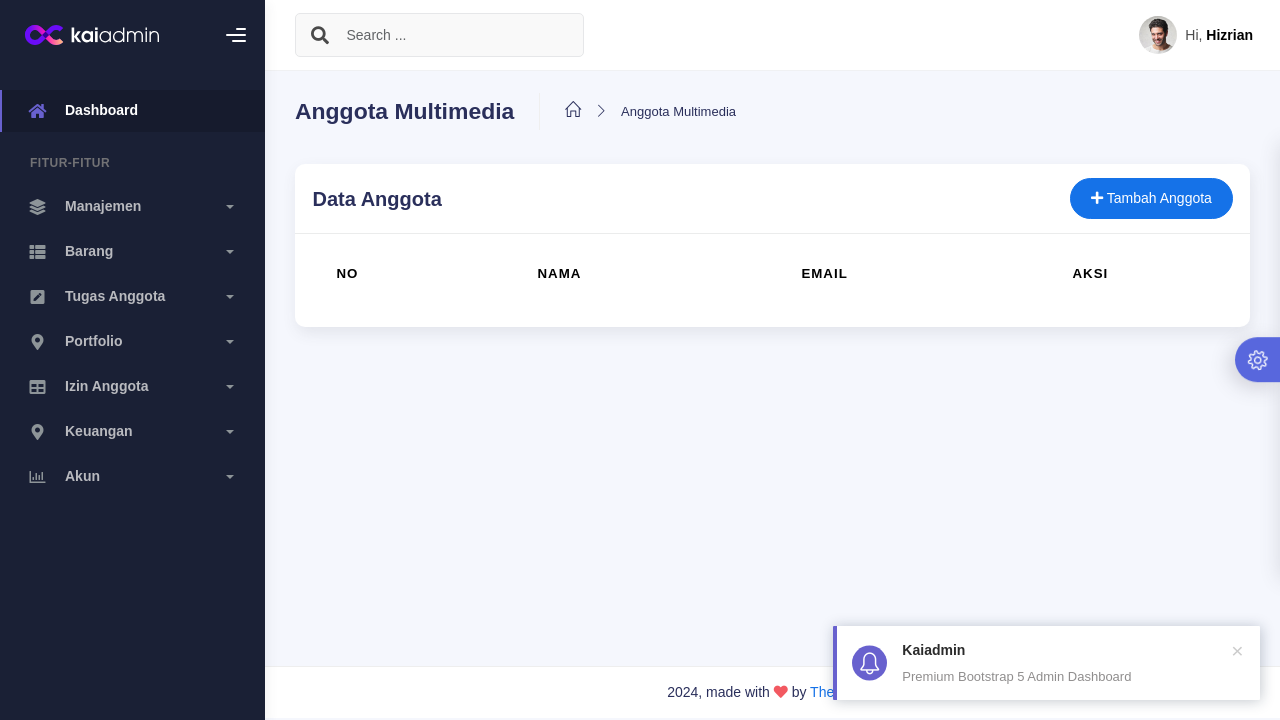
Repository: fatkquladhim/multimedia_laravel
Page: http://localhost/anggota
An editor plug-in stored every save of this project. The page is shown before and after the next save, followed by the edit.
The browser window is 1280 px wide. The pictures show the whole page.
Some web fonts or font styles are not loaded; a fallback is used. The page is served by the project's Laravel application, run on PHP 8.4 with Laravel 12. A made-up administrator, Test User (test@example.com), is signed in. Queries for data that is not in the repository find no rows.

Above is the page before, as saved 2025-08-17 08:40:54.
Console error: ReferenceError: jsVectorMap is not defined

After the next save:
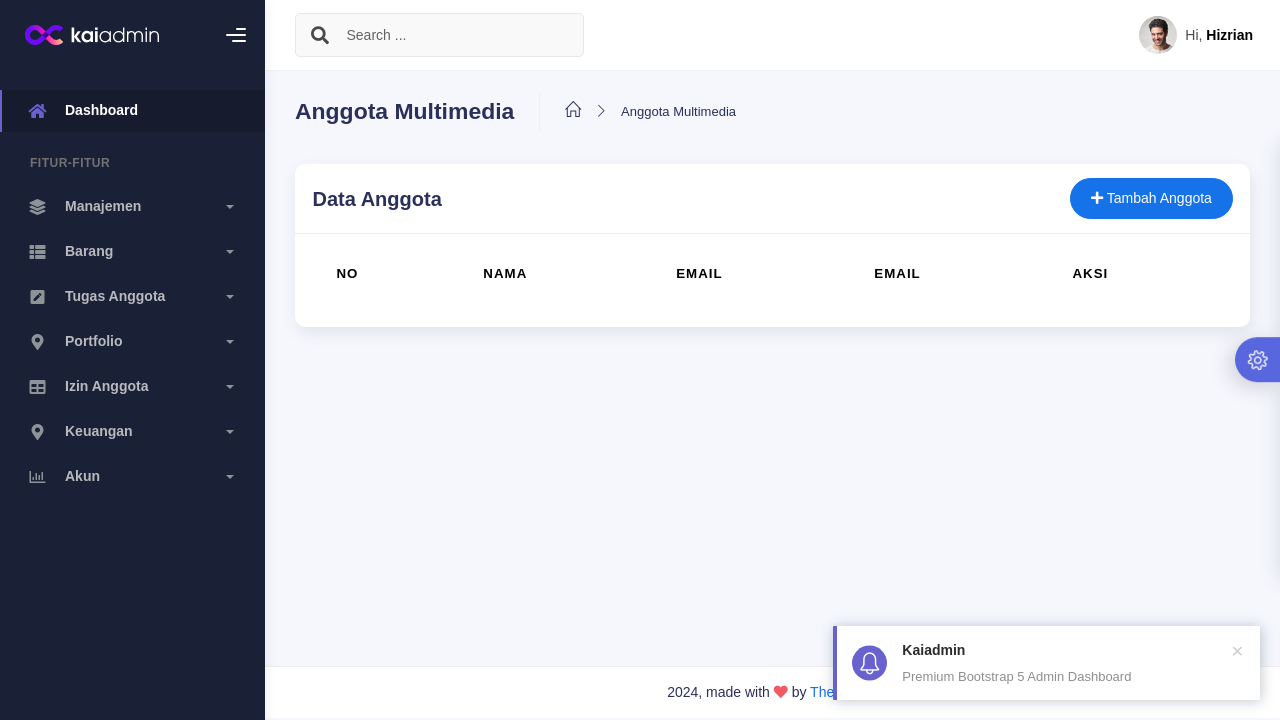
Saved 20 s later.
--- a/resources/views/anggota/index.blade.php
+++ b/resources/views/anggota/index.blade.php
@@ -36,6 +36,7 @@
                                         <th>No</th>
                                         <th>Nama</th>
                                         <th>Email</th>
+                                        <th>Email</th>
                                         <th style="width: 20%">Aksi</th>
                                     </tr>
                                 </thead>
